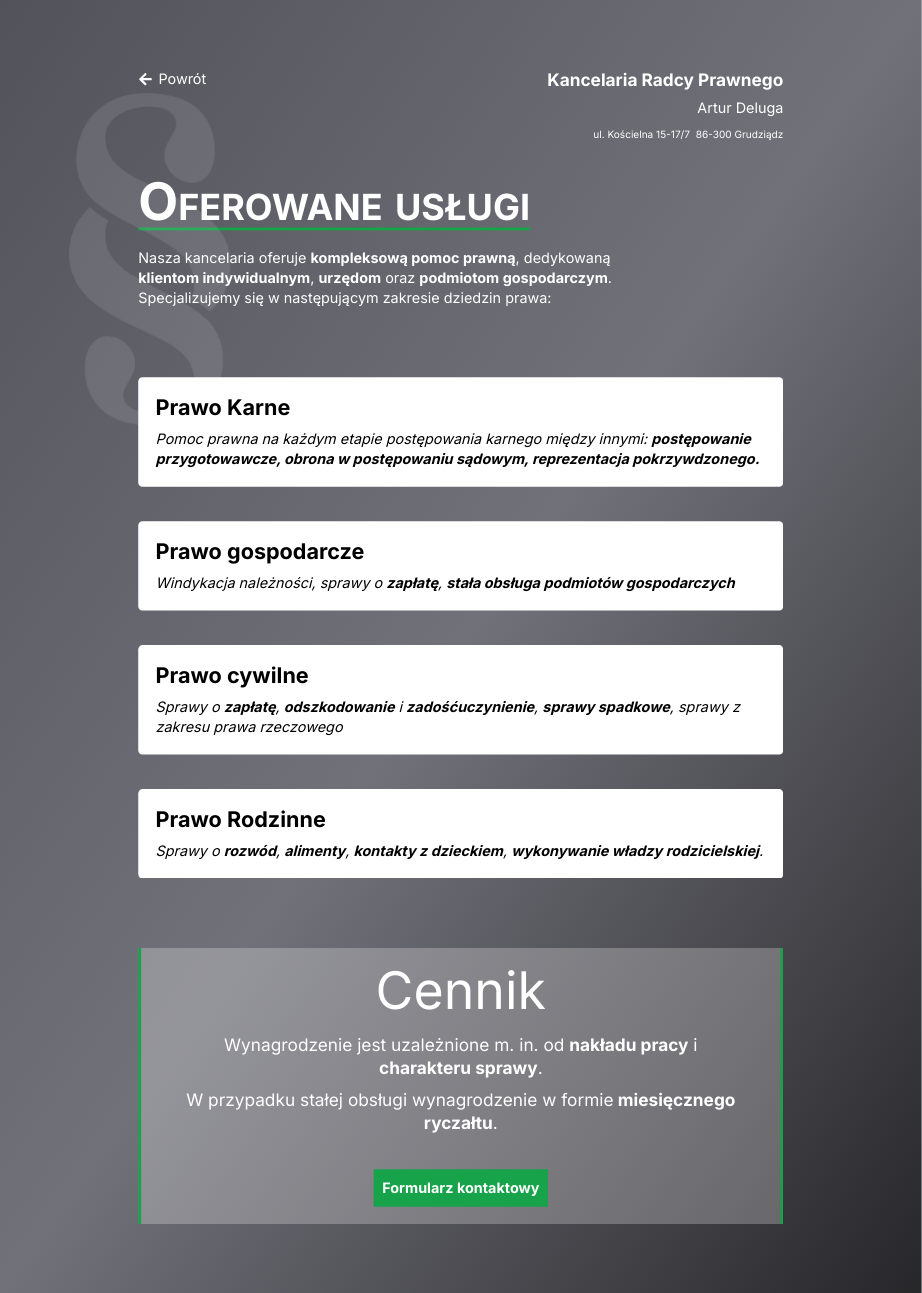
Repository: wesiudev/kancelaria-artur-deluga
Page: /oferta
An editor plug-in stored every save of this project. The page is shown before and after the next save, followed by the edit.
The browser window is 1280 px wide. The pictures show the whole page, at 72% of full size.
The project was rebuilt for these pictures with package versions that can differ from the ones it lists, and the page was loaded fresh each time. The framework's server and built-in components were replaced by stand-ins that run in the browser. Also part of the build but not shown: next.config.js.

Above is the page before, as saved 2023-08-09 17:08:03.

### app/layout.tsx
import "./globals.css";
import type { Metadata } from "next";
import { Inter } from "next/font/google";

const inter = Inter({ subsets: ["latin"] });

export const metadata: Metadata = {
  title: "Kancelaria Radcy Prawnego Artur Deluga",
  description:
    "Kancelaria Radcy Prawnego Grudziądz Prawo Karne, Pracwo cywilne, Prawo gospodarcze, Prawo Rodzinne. ul. Kościelna 15-17/7 86-300 Grudziądz. Pomoc prawna na każdym etapie postępowania karnego (postępowanie przygotowawcze, obrona w postępowaniu sądowym, reprezentacja pokrzywdzonego, etc.)",
  viewport: "width=device-width, initial-scale=1",
  icons: {
    icon: "/favicon.png",
  },
};

export default function RootLayout({
  children,
}: {
  children: React.ReactNode;
}) {
  return (
    <html lang="pl" className="scroll-smooth ">
      <body className={inter.className}>{children}</body>
    </html>
  );
}

### app/oferta/page.tsx
"use client";
import Image from "next/image";
import paragraphImage from "@/app/assets/paragraph.png";
import Link from "next/link";
import { FaArrowLeft } from "react-icons/fa";
import { useState } from "react";
const sendContactForm = async (data: any) =>
  fetch("/api/mail", {
    method: "POST",
    body: JSON.stringify(data),
    headers: { "Content-Type": "application/json", Accept: "application/json" },
  }).then((res) => {
    if (!res.ok) throw new Error("Failed to send message");
    return res.json();
  });

export default function OfferMobile() {
  const [isContactOpen, setContactOpen] = useState(false);
  const [firstName, setFirstName] = useState<string>("");
  const [email, setEmail] = useState<string>("");
  const [message, setMessage] = useState<string>("");

  const onSubmit = async () => {
    try {
      await sendContactForm({
        firstName: firstName,
        email: email,
        message: message,
      });
    } catch (error) {}
  };
  return (
    <div className="w-full mx-auto z-[2000] bg-gradient-to-br from-zinc-600 via-zinc-500 to-zinc-800 overflow-x-hidden text-black">
      <Image
        src={paragraphImage}
        alt="Paragraf obrazek w tle"
        width={224}
        height={224}
        className="fixed opacity-10 left-[50%] -translate-x-[50%] lg:-translate-x-0 lg:left-24 top-[50%] -translate-y-[50%]"
      />
      <div className="flex flex-col space-x-[100px] min-h-screen items-center py-24">
        <div className="flex flex-col w-[85vw] lg:w-[70vw] 2xl:w-[60vw] min-h-screen justify-center ">
          <div className="flex flex-col justify-between w-full">
            <div className="flex flex-row justify-between">
              <div className="w-1/2">
                <Link
                  className="group flex flex-row items-center mb-12 text-xl w-max text-white"
                  href="/"
                >
                  <FaArrowLeft className="mr-2 " />
                  <span className="hover:underline hover:underline-offset-4">
                    {" "}
                    Powrót
                  </span>
                </Link>
              </div>
              <div className="text-white">
                <h1 className="text-xl lg:text-2xl text-right sm:text-left font-bold">
                  Kancelaria Radcy Prawnego
                </h1>
                <div className="w-full flex justify-end">
                  <h2 className="text-xl mb-12 lg:mb-0 mt-2">Artur Deluga</h2>
                </div>
                <div
                  className={` flex-row space-x-2 text-sm justify-end mt-3 mb-12 hidden lg:flex`}
                >
                  <div>ul. Kościelna 15-17/7</div>
                  <div>86-300 Grudziądz</div>
                </div>
              </div>
            </div>

            <div className=" rounded-2xl  text-white">
              <div className="w-max">
                <h1 className="w-max text-4xl md:text-5xl lg:text-7xl text-white caps font-bold">
                  Oferowane usługi
                </h1>
                <div className="h-1 w-full mb-6 bg-green-600" />
              </div>

              <h2 className="text-left text-xl w-full lg:w-3/4 ">
                Nasza kancelaria oferuje{" "}
                <span className="font-bold"> kompleksową pomoc prawną</span>,
                dedykowaną{" "}
                <span className="font-bold">klientom indywidualnym</span>,{" "}
                <span className="font-bold">urzędom</span> oraz{" "}
                <span className="font-bold">podmiotom gospodarczym</span>.
                Specjalizujemy się w następującym zakresie dziedzin prawa:
              </h2>
            </div>
          </div>
          <div className="relative text-black flex flex-col space-y-12 mt-24">
            <div className="max-h-[50vh] border-0 hover:scale-105 duration-300 hover:bg-opacity-100 cursor-default  rounded-md bg-white  flex flex-col p-6 justify-between">
              <h1 className="text-xl lg:text-3xl font-bold">Prawo Karne</h1>
              <p className="text-sm sm:text-xl mt-3 italic">
                Pomoc prawna na każdym etapie postępowania karnego między
                innymi:{" "}
                <span className="font-bold">
                  postępowanie przygotowawcze, obrona w postępowaniu sądowym,
                  reprezentacja pokrzywdzonego.
                </span>
              </p>
            </div>
            <div className="max-h-[50vh] border-0 hover:scale-105 duration-300 hover:bg-opacity-100 cursor-default  rounded-md bg-white  flex flex-col justify-between p-6">
              <h1 className="text-xl lg:text-3xl font-bold">
                Prawo gospodarcze
              </h1>
              <p className="text-sm sm:text-xl mt-3 italic">
                Windykacja należności, sprawy o{" "}
                <span className="font-bold">zapłatę</span>,{" "}
                <span className="font-bold">
                  stała obsługa podmiotów gospodarczych
                </span>
              </p>
            </div>

            <div className="max-h-[50vh] border-0 hover:scale-105 duration-300 hover:bg-opacity-100 cursor-default rounded-md bg-white  flex flex-col p-6 justify-between">
              <h1 className="text-xl lg:text-3xl font-bold">Prawo cywilne</h1>
              <p className="text-sm sm:text-xl mt-3 italic">
                Sprawy o <span className="font-bold">zapłatę</span>,{" "}
                <span className="font-bold">odszkodowanie</span> i{" "}
                <span className="font-bold">zadośćuczynienie</span>,{" "}
                <span className="font-bold">sprawy spadkowe</span>, sprawy z
                zakresu prawa rzeczowego
              </p>
            </div>
            <div className="max-h-[50vh] border-0 hover:scale-105 duration-300 hover:bg-opacity-100 cursor-default rounded-md  bg-white  flex flex-col p-6 justify-between">
              <h1 className="text-xl lg:text-3xl font-bold">Prawo Rodzinne</h1>
              <p className="text-sm sm:text-xl mt-3 italic">
                Sprawy o <span className="font-bold">rozwód</span>,{" "}
                <span className="font-bold">alimenty</span>,{" "}
                <span className="font-bold">kontakty z dzieckiem</span>,{" "}
                <span className="font-bold">
                  wykonywanie władzy rodzicielskiej
                </span>
                .
              </p>
            </div>
          </div>
          <div className="text-white flex flex-col h-max my-auto px-3 lg:px-12  text-center relative w-full mt-12  lg:mx-auto lg:mt-24 border-l-4 border-r-4 border-green-600 py-3 lg:py-6 bg-white bg-opacity-25">
            <h1 className="text-5xl lg:text-7xl ">Cennik</h1>
            <p className="mt-6 text-base lg:text-2xl">
              Wynagrodzenie jest uzależnione m. in. od{" "}
              <span className="font-bold"> nakładu pracy</span> i{" "}
              <span className="font-bold">charakteru sprawy</span>.
            </p>
            <p className="mt-3 text-sm lg:text-2xl">
              W przypadku stałej obsługi wynagrodzenie w formie
              <span className="font-bold"> miesięcznego ryczałtu</span>.
            </p>
            <button
              onClick={() => setContactOpen(true)}
              className=" p-3 bg-green-600 hover:bg-green-500 duration-300 mt-12 w-max mx-auto  text-xl text-white font-bold"
            >
              Formularz kontaktowy
            </button>
          </div>
          <div
            className={`bg-gray-400 rounded-full flex-row space-x-2 text-sm justify-center mt-24 flex lg:hidden z-[1000]`}
          >
            <div>ul. Kościelna 15-17/7</div>
            <div>86-300 Grudziądz</div>
          </div>
        </div>
      </div>
      <div
        className={`w-[80vw] fixed left-[50%] -translate-x-[50%] top-[50%] -translate-y-[50%] bg-gradient-to-bl from-black to-zinc-800 lg:w-max h-max px-12 rounded-3xl py-6 duration-300 ${
          isContactOpen ? "z-[2000] opacity-100" : "z-[-1000] opacity-0"
        }`}
      >
        <h1 className="text-3xl text-center">Kontakt</h1>

        <div className="flex flex-col space-y-3 mt-6 lg:mt-12">
          <div className="flex flex-col lg:flex-row lg:space-x-3">
            <div className="flex flex-col">
              Imię{" "}
              <input
                onChange={(e) => setFirstName(e.target.value)}
                value={firstName}
                id="fName"
                type="text"
                className="mt-2 text-black"
              />
            </div>
            <div className="flex flex-col mt-3 lg:mt-0">
              Email{" "}
              <input
                onChange={(e) => setEmail(e.target.value)}
                value={email}
                type="text"
                className="mt-2 text-black"
              />
            </div>
          </div>
          <div className="flex flex-col mt-2">
            Treść{" "}
            <textarea
              onChange={(e) => setMessage(e.target.value)}
              value={message}
              className="h-full resize-none text-black"
            ></textarea>
          </div>
        </div>
        <div className="w-full flex space-x-3">
          <button
            onClick={() => setContactOpen(false)}
            className="w-1/2 hover:underline py-2 mt-8"
          >
            Powrót
          </button>
          <button
            onClick={onSubmit}
            className="w-1/2 bg-purple-400 hover:bg-purple-300 duration-300 py-2 mt-8"
          >
            Wyślij
          </button>
        </div>
      </div>
    </div>
  );
}

### app/globals.css
@tailwind base;
@tailwind components;
@tailwind utilities;

:root {
  --foreground-rgb: 0, 0, 0;
  --background-start-rgb: 214, 219, 220;
  --background-end-rgb: 255, 255, 255;
}

@media (prefers-color-scheme: dark) {
  :root {
    --foreground-rgb: 255, 255, 255;
    --background-start-rgb: 0, 0, 0;
    --background-end-rgb: 0, 0, 0;
  }
}

body {
  color: rgb(var(--foreground-rgb));
  background: linear-gradient(
      to bottom,
      transparent,
      rgb(var(--background-end-rgb))
    )
    rgb(var(--background-start-rgb));
}

.expand {
  position: relative;
  text-decoration: none;
  display: inline-block;
}
.expand:after {
  display: block;
  content: "";
  border-bottom: solid 3px white;
  transform: scaleX(0);
  transition: transform 250ms ease-in-out;
  transform-origin: 100% 50%;
}
.expand:hover:after {
  transform: scaleX(1);
  transform-origin: 0 50%;
}

.caps {
  font-variant: small-caps;
}
html {
  scroll-behavior: smooth;
  color: #1a1a1a;
}

Loaded but not shown: tailwind.config.js (common file)

After the next save:
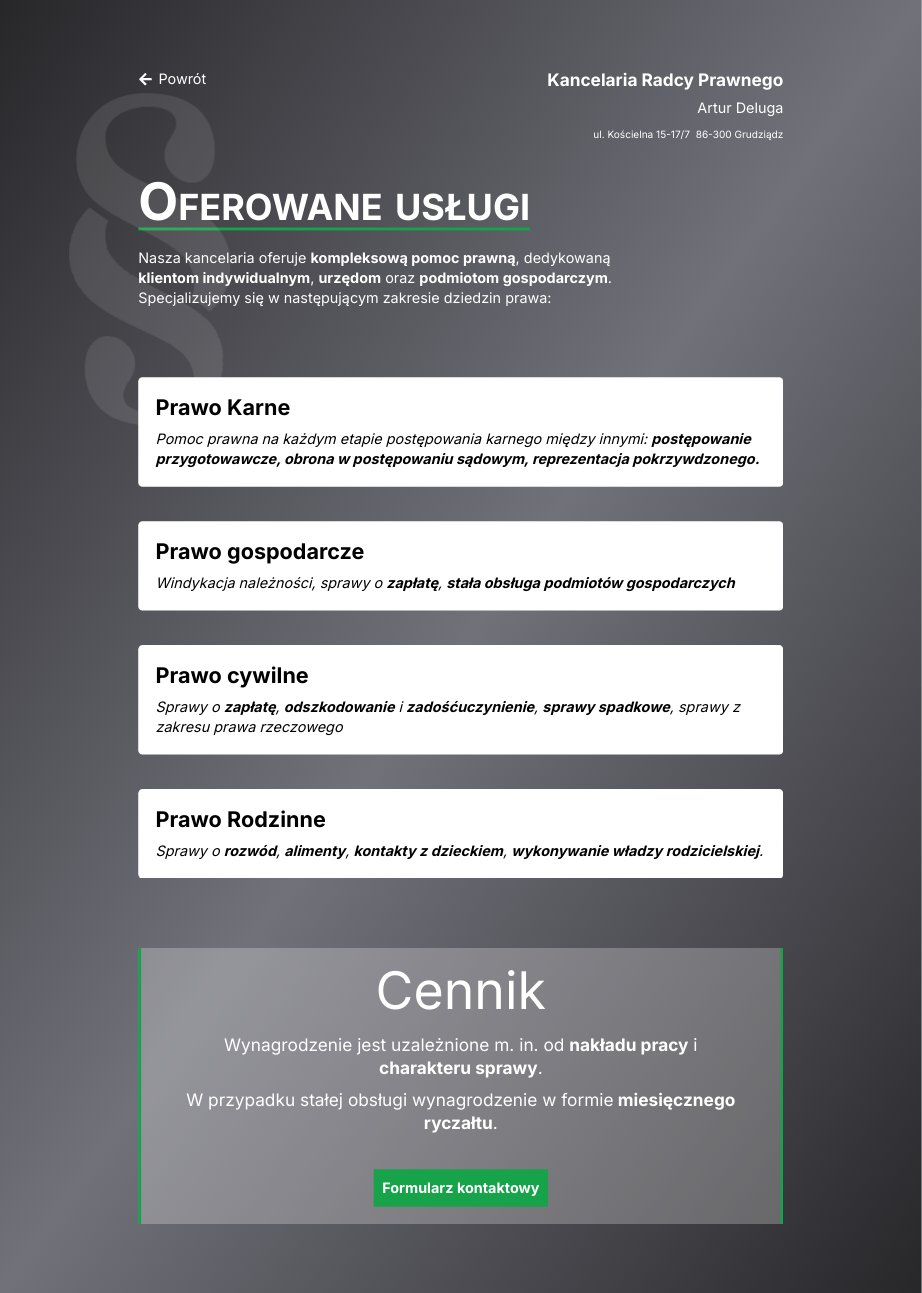
Saved 10 s later.
--- a/app/oferta/page.tsx
+++ b/app/oferta/page.tsx
@@ -30,7 +30,7 @@ export default function OfferMobile() {
     } catch (error) {}
   };
   return (
-    <div className="w-full mx-auto z-[2000] bg-gradient-to-br from-zinc-600 via-zinc-500 to-zinc-800 overflow-x-hidden text-black">
+    <div className="w-full mx-auto z-[2000] bg-gradient-to-br from-zinc-800 via-zinc-500 to-zinc-800 overflow-x-hidden text-black">
       <Image
         src={paragraphImage}
         alt="Paragraf obrazek w tle"
